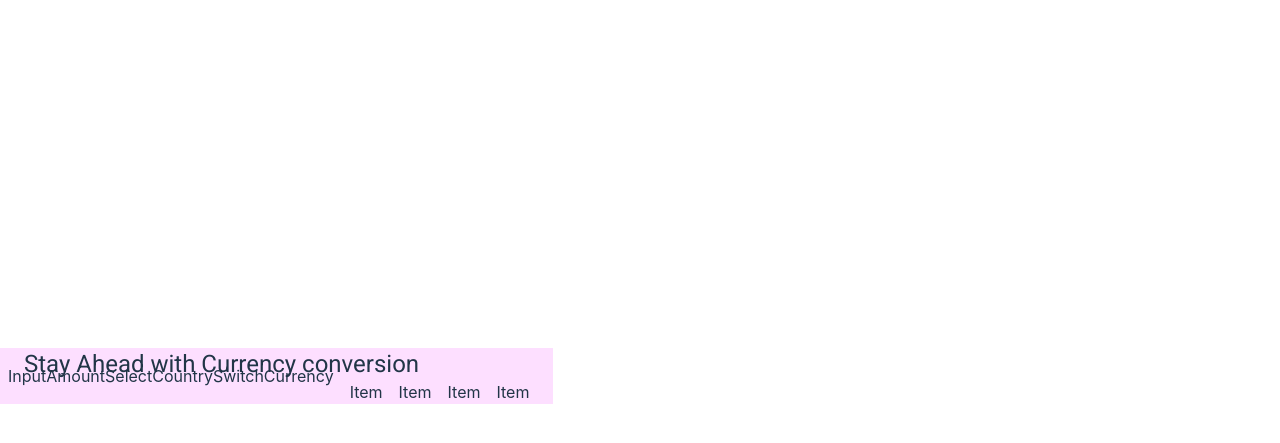
Repository: Asad-devv/CURRENCY
Page: /
These files come from the project's save history. The page is drawn as it stood at one moment and after the next save; the edit follows.
The browser window is 1280 px wide. The pictures show the whole page.
The project was rebuilt for these pictures with package versions that can differ from the ones it lists, and the page was loaded fresh each time. Also part of the build but not shown: craco.config.js.

Above is the page before, as saved 2023-03-01 21:39:14.

### src/main.jsx
import React from 'react'
import ReactDOM from 'react-dom/client'
import App from './App'
import './index.css'
import '@fontsource/roboto/300.css';
import '@fontsource/roboto/400.css';
import '@fontsource/roboto/500.css';
import '@fontsource/roboto/700.css';


ReactDOM.createRoot(document.getElementById('root')).render(
  <React.StrictMode>
    <App />
  </React.StrictMode>,
)

### src/App.jsx
import { Button, Container,Typography,Grid } from "@mui/material";
import { useState } from "react";
import reactLogo from "./assets/react.svg";
import InputAmount from "./components/InputAmount";
import SelectCountry from "./components/selectCountry";
import SwitchCurrency from "./components/SwitchCurrency";
// import './App.css'

function App() {
  const [count, setCount] = useState(0);

  return (
    <Container maxWidth="md" sx={{ background: "#fddfff" }}>
      <Typography variant = "h5"sx={{mt:"2rem"}}>Stay Ahead with Currency conversion</Typography>
      <Grid container spacing ={2}>
        <InputAmount/>
        <SelectCountry/>
        <SwitchCurrency/>
        <Grid item>
          Item
        </Grid>
        <Grid item>
          Item
        </Grid>
        <Grid item>
          Item
        </Grid>
        <Grid item>
          Item
        </Grid>
      </Grid>
    </Container>
  );
}

export default App;

### src/components/InputAmount.jsx
import React from 'react'

const InputAmount = () => {
  return (
    <div>InputAmount</div>
  )
}

export default InputAmount

### src/components/selectCountry.jsx
import React from 'react'

const SelectCountry = () => {
  return (
    <div>SelectCountry</div>
  )
}

export default SelectCountry

### src/components/SwitchCurrency.jsx
import React from 'react'

const SwitchCurrency = () => {
  return (
    <div>SwitchCurrency</div>
  )
}

export default SwitchCurrency

Loaded but not shown: index.html (common file); src/index.css (common file)

After the next save:
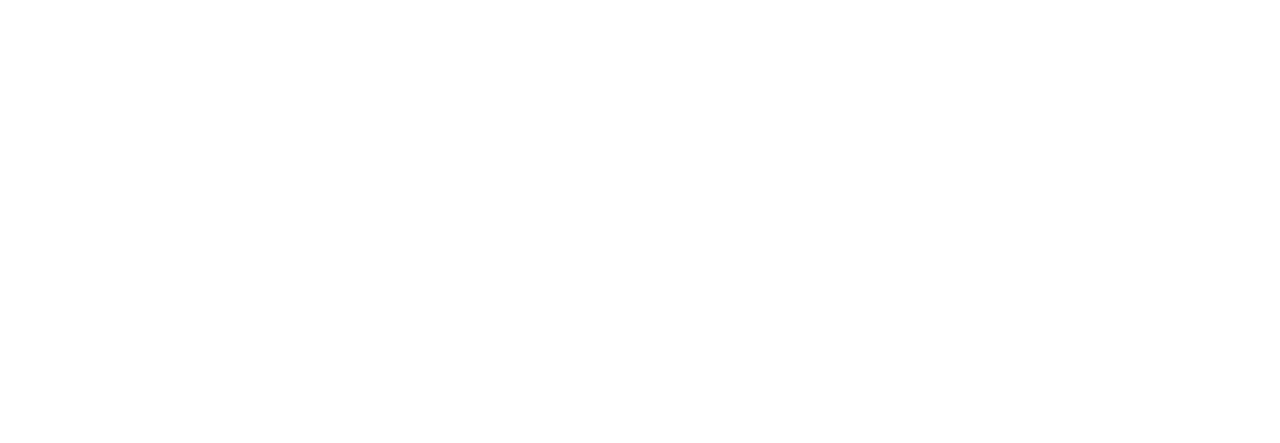
Console error: ReferenceError: Grid is not defined
Saved 43 s later.
--- a/src/components/InputAmount.jsx
+++ b/src/components/InputAmount.jsx
@@ -2,7 +2,9 @@
 
 const InputAmount = () => {
   return (
-    <div>InputAmount</div>
+    <Grid item>
+    Item
+  </Grid>
   )
 }
 

After the 6 saves that followed:
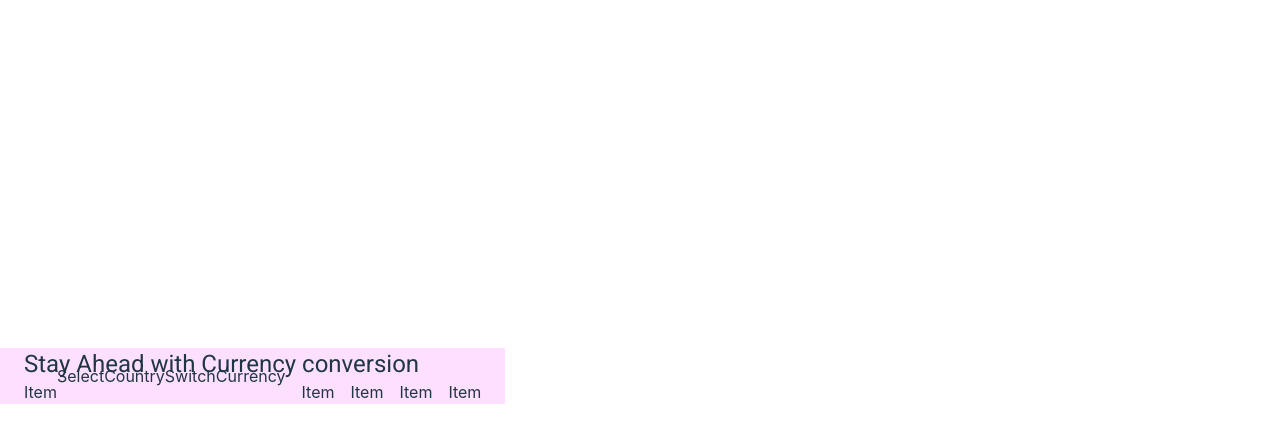
The error is gone.
The 6 saves are shown as one change because 2 did not build or start and 1 left the picture as it was and some came seconds apart.
The last was saved 28 s later.
--- a/src/components/InputAmount.jsx
+++ b/src/components/InputAmount.jsx
@@ -1,5 +1,6 @@
 import React from 'react'
 
+import {Grid } from "@mui/material"
 const InputAmount = () => {
   return (
     <Grid item>
